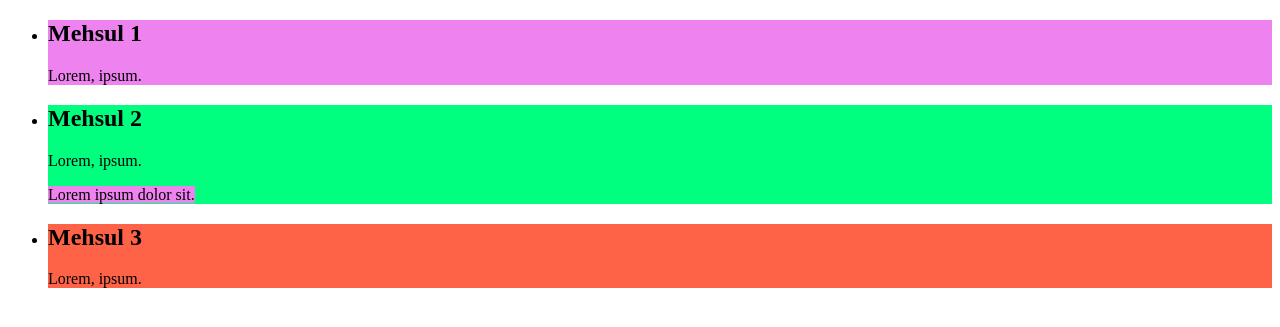
Repository: AytacSafarova/task-111
Page: index.html
These files come from the project's save history. The page is drawn as it stood at one moment and after the next save; the edit follows.
The browser window is 1280 px wide. The pictures show the whole page.

Above is the page before, as saved 2023-09-25 11:32:34.

After the next save:
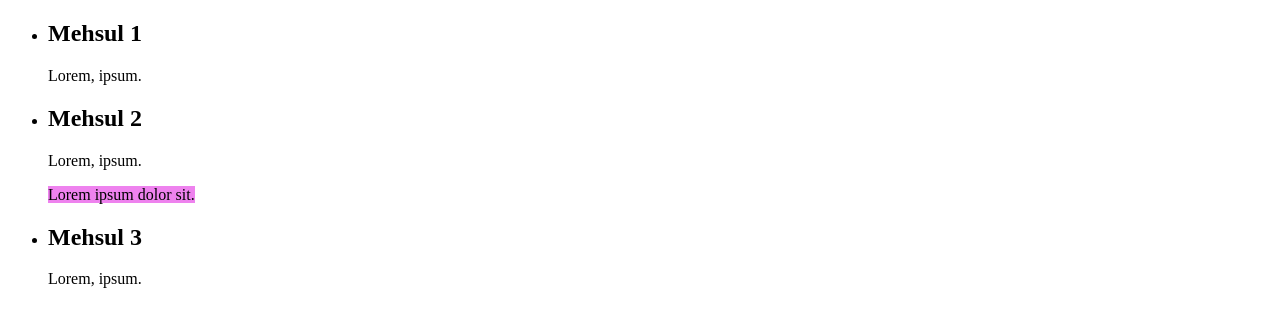
Saved 4 s later.
--- a/index.html
+++ b/index.html
@@ -15,7 +15,7 @@
   .list-1 h2{
 color: blue;
   }
-li:first-child{
+/* li:first-child{
   background-color: violet;
 }
 li:last-child{
@@ -23,7 +23,7 @@ li:last-child{
 }
 li:nth-child(2){
   background-color: springgreen;
-}
+} */
 span{
   background-color: violet;
 }
